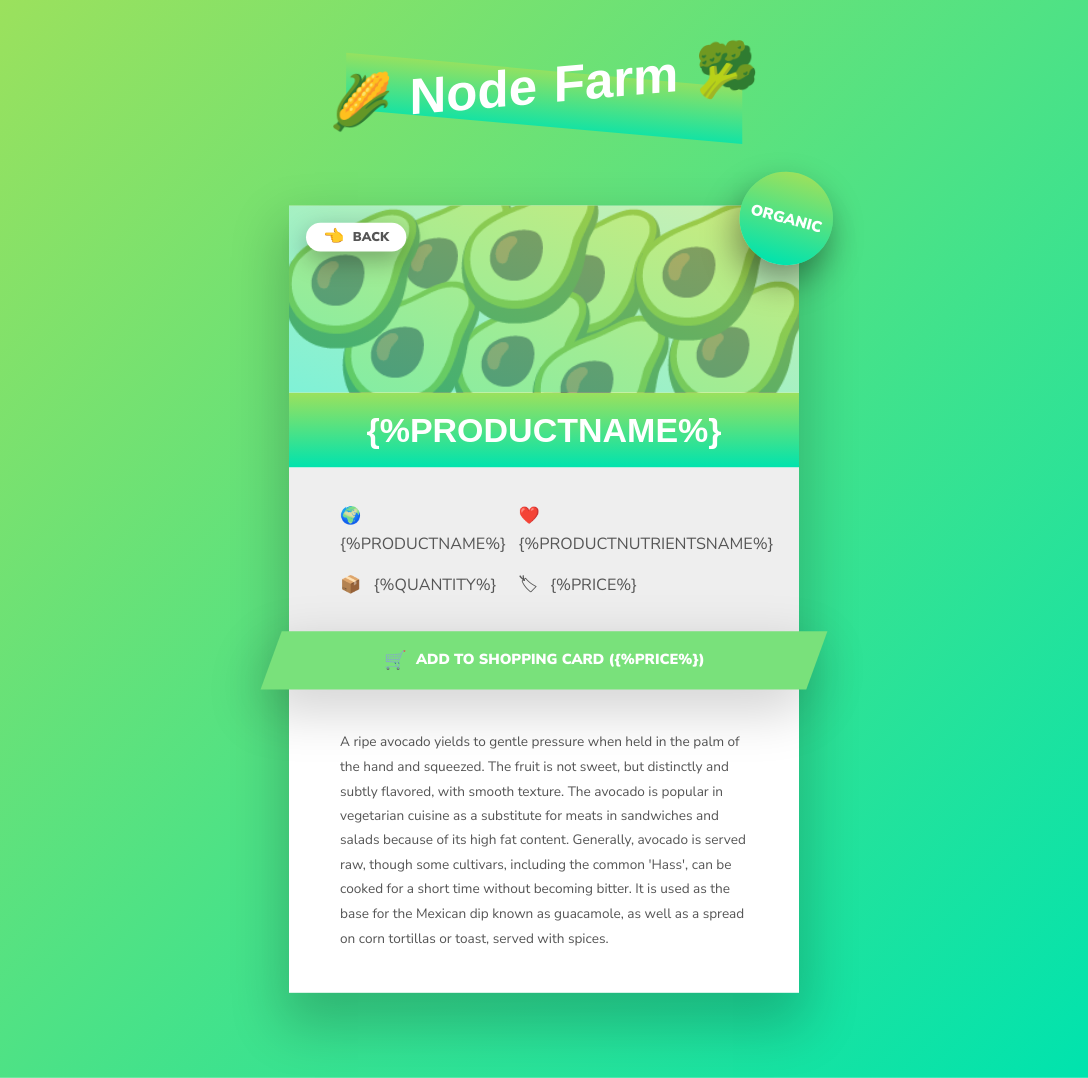
Repository: Tiantian-C/node2
Page: templates/product.html
An editor plug-in stored every save of this project. The page is shown before and after the next save, followed by the edit.
The browser window is 1280 px wide. The pictures show the whole page, at 85% of full size.
Some web fonts or font styles are not loaded; a fallback is used.

Above is the page before, as saved 2023-07-15 15:28:48.

### templates/product.html
<!DOCTYPE html>
<html lang="en">
  <head>
    <meta charset="UTF-8" />
    <meta name="viewport" content="width=device-width, initial-scale=1.0" />
    <meta http-equiv="X-UA-Compatible" content="ie=edge" />
    <link
      href="https://fonts.googleapis.com/css?family=Megrim|Nunito+Sans:400,900"
      rel="stylesheet"
    />
    <link
      rel="icon"
      href="https://emojipedia-us.s3.dualstack.us-west-1.amazonaws.com/thumbs/240/apple/155/ear-of-maize_1f33d.png"
    />

    <title>Fresh Avocados 🥑 /// NODE FARM</title>

    <style>
      *,
      *::before,
      *::after {
        margin: 0;
        padding: 0;
        box-sizing: inherit;
      }

      html {
        font-size: 62.5%;
        box-sizing: border-box;
      }

      body {
        padding: 5rem 5rem 10rem;
        line-height: 1.7;
        font-family: "Nunito Sans", sans-serif;
        color: #555;
        min-height: 100vh;
        background: linear-gradient(to bottom right, #9be15d, #00e3ae);
      }

      h1 {
        font-family: "Megrim", sans-serif;
        font-size: 6rem;
        color: white;
        transform: skewY(-5deg);
        text-align: center;
        position: relative;
        word-spacing: 3px;
      }

      h1::before {
        content: "";
        display: block;
        height: 65%;
        width: 49%;
        position: absolute;
        top: 105%;
        left: 50%;
        background: linear-gradient(to bottom, #9be15d, #00e3ae);
        opacity: 0.8;
        z-index: -1;
        transform: skewY(370deg) translate(-50%, -50%);
      }

      .container {
        width: 95rem;
        margin: 0 auto;
      }

      .product {
        width: 60rem;
        margin: 0 auto;
        margin-top: 9rem;
        background: white;
        box-shadow: 0 3rem 6rem 1rem rgba(0, 0, 0, 0.2);
        position: relative;
      }

      .product__hero {
        position: relative;
        height: 22rem;
        overflow: hidden;
      }

      .product__hero::before {
        content: "";
        display: block;
        height: 100%;
        width: 100%;
        position: absolute;
        top: 0;
        left: 0;
        background-image: linear-gradient(to left bottom, #9be15d, #00e3ae);
        opacity: 0.5;
        z-index: 100;
      }

      .product__emoji {
        font-size: 15rem;
        position: absolute;
      }

      .product__emoji--1 {
        top: -4rem;
        left: -2rem;
        z-index: 10;
      }

      .product__emoji--2 {
        top: -6rem;
        left: 9rem;
      }

      .product__emoji--3 {
        top: -4rem;
        right: 15rem;
      }

      .product__emoji--4 {
        top: -5rem;
        right: 2rem;
        z-index: 10;
      }

      .product__emoji--5 {
        bottom: -9rem;
        left: 18rem;
      }

      .product__emoji--6 {
        bottom: -8rem;
        left: 5rem;
      }

      .product__emoji--7 {
        bottom: -12rem;
        right: 14rem;
      }

      .product__emoji--8 {
        bottom: -8rem;
        right: -2rem;
      }

      .product__emoji--9 {
        top: -7rem;
        left: 19rem;
      }

      .product__organic {
        position: absolute;
        top: -4rem;
        right: -4rem;
        z-index: 1000;
        height: 11rem;
        width: 11rem;
        background-image: linear-gradient(to bottom, #9be15d, #00e3ae);
        border-radius: 50%;
        transform: rotate(15deg);
        box-shadow: 0 2rem 4rem rgba(0, 0, 0, 0.4);
        display: flex;
        align-items: center;
        justify-content: center;
      }

      .product__organic h5 {
        font-weight: 900;
        text-transform: uppercase;
        font-size: 1.8rem;
        color: white;
      }

      .product__back:link,
      .product__back:visited {
        position: absolute;
        top: 2rem;
        left: 2rem;
        font-size: 1.5rem;
        font-weight: 700;
        text-transform: uppercase;
        text-decoration: none;
        z-index: 1000;
        color: #555;
        background-color: white;
        box-shadow: 0 1rem 3rem rgba(0, 0, 0, 0.3);
        border-radius: 100rem;
        padding: 0 2rem;
        transition: all 0.3s;
        display: flex;
        align-items: center;
      }

      .product__back:hover,
      .product__back:active {
        background-color: #79e17b;
      }

      .product__name {
        background: linear-gradient(to bottom, #9be15d, #00e3ae);
        padding: 1rem;
        font-family: "Megrim", sans-serif;
        font-size: 4rem;
        color: white;
        text-align: center;
        word-spacing: 2px;
      }

      .product__details {
        background-color: #eee;
        padding: 4rem 6rem;
        font-size: 1.9rem;
        display: grid;
        grid-template-columns: 1fr 1fr;
        grid-gap: 1.5rem;
      }

      .product__description {
        padding: 5rem 6rem;
        font-size: 1.6rem;
        line-height: 1.8;
      }

      .product__link:link,
      .product__link:visited {
        display: block;
        background-color: #79e17b;
        color: white;
        font-size: 1.6rem;
        font-weight: 700;
        text-transform: uppercase;
        text-decoration: none;
        padding: 1.5rem;
        text-align: center;
        transform: scale(1.07) skewX(-20deg);
        box-shadow: 0 2rem 6rem rgba(0, 0, 0, 0.2);
        display: flex;
        align-items: center;
        justify-content: center;
        transition: all 0.3s;
      }

      .product__link:hover,
      .product__link:active {
        background-color: #9be15d;
        transform: scale(1.1) skewX(-20deg);
      }

      .product__link span {
        transform: skewX(20deg);
      }

      .emoji-left {
        font-size: 2rem;
        margin-right: 1rem;
      }

      .emoji-right {
        font-size: 2rem;
        margin-left: 1rem;
      }

      .not-organic {
        display: none;
      }
    </style>
  </head>

  <body>
    <div class="container">
      <h1>🌽 Node Farm 🥦</h1>

      <figure class="product">
        <div class="product__organic"><h5>Organic</h5></div>
        <a href="#" class="product__back">
          <span class="emoji-left">👈</span>Back
        </a>
        <div class="product__hero">
          <span class="product__emoji product__emoji--1">🥑</span>
          <span class="product__emoji product__emoji--2">🥑</span>
          <span class="product__emoji product__emoji--3">🥑</span>
          <span class="product__emoji product__emoji--4">🥑</span>
          <span class="product__emoji product__emoji--5">🥑</span>
          <span class="product__emoji product__emoji--6">🥑</span>
          <span class="product__emoji product__emoji--7">🥑</span>
          <span class="product__emoji product__emoji--8">🥑</span>
          <span class="product__emoji product__emoji--9">🥑</span>
        </div>
        <h2 class="product__name">{%PRODUCTNAME%}</h2>
        <div class="product__details">
          <p><span class="emoji-left">🌍</span> {%PRODUCTNAME%}</p>
          <p><span class="emoji-left">❤️</span> {%PRODUCTNUTRIENTSNAME%}</p>
          <p><span class="emoji-left">📦</span> {%QUANTITY%}</p>
          <p><span class="emoji-left">🏷</span> {%PRICE%}</p>
        </div>

        <a href="#" class="product__link">
          <span class="emoji-left">🛒</span>
        <span>Add to shopping card ({%PRICE%})</span>
        </a>

        <p class="product__description">
          A ripe avocado yields to gentle pressure when held in the palm of the
          hand and squeezed. The fruit is not sweet, but distinctly and subtly
          flavored, with smooth texture. The avocado is popular in vegetarian
          cuisine as a substitute for meats in sandwiches and salads because of
          its high fat content. Generally, avocado is served raw, though some
          cultivars, including the common 'Hass', can be cooked for a short time
          without becoming bitter. It is used as the base for the Mexican dip
          known as guacamole, as well as a spread on corn tortillas or toast,
          served with spices.
        </p>
      </figure>
    </div>
  </body>
</html>

After the next save:
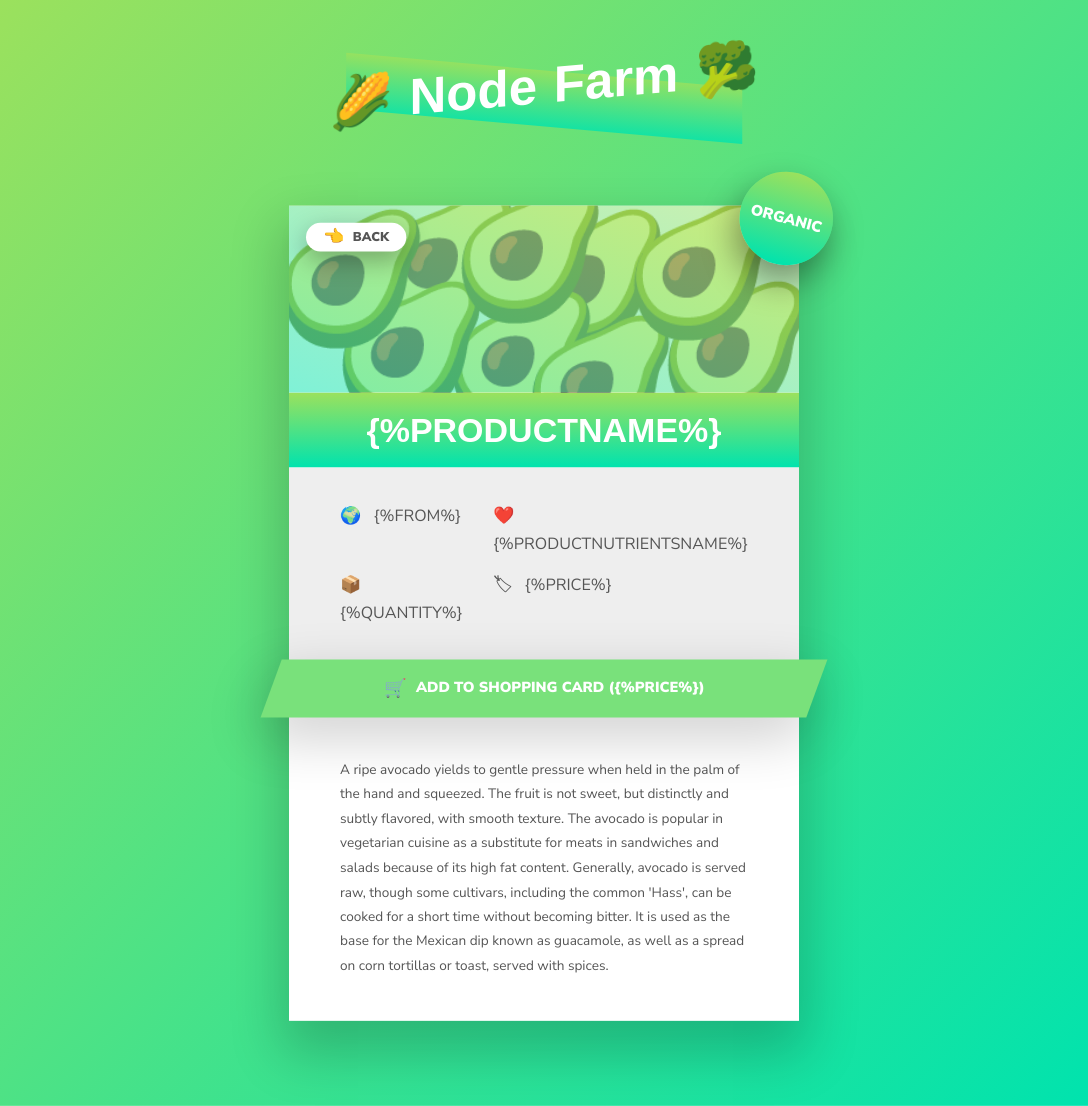
Saved 6 s later.
--- a/templates/product.html
+++ b/templates/product.html
@@ -287,7 +287,7 @@
         </div>
         <h2 class="product__name">{%PRODUCTNAME%}</h2>
         <div class="product__details">
-          <p><span class="emoji-left">🌍</span> {%PRODUCTNAME%}</p>
+          <p><span class="emoji-left">🌍</span> {%FROM%}</p>
           <p><span class="emoji-left">❤️</span> {%PRODUCTNUTRIENTSNAME%}</p>
           <p><span class="emoji-left">📦</span> {%QUANTITY%}</p>
           <p><span class="emoji-left">🏷</span> {%PRICE%}</p>
